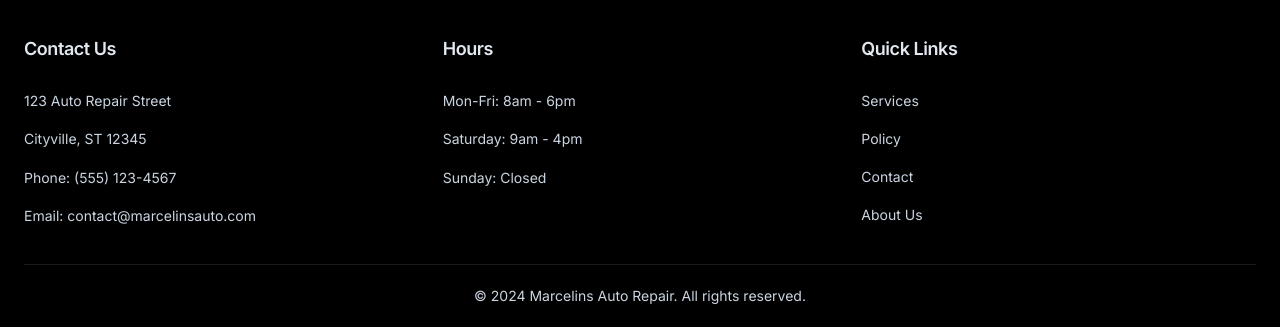
Repository: ilovegames507/twebsite-2
Page: frontend/public/index.html
The author's editor kept a copy of each file at every save. The page is drawn from the files as they stood at one save, then again after the next save.
The browser window is 1280 px wide. The pictures show the part of the page from y = 792 to 1627 px (the page is 1119 px tall before and 1627 px after).

Above is the page before, as saved 2025-03-17 20:46:59.

After the next save:
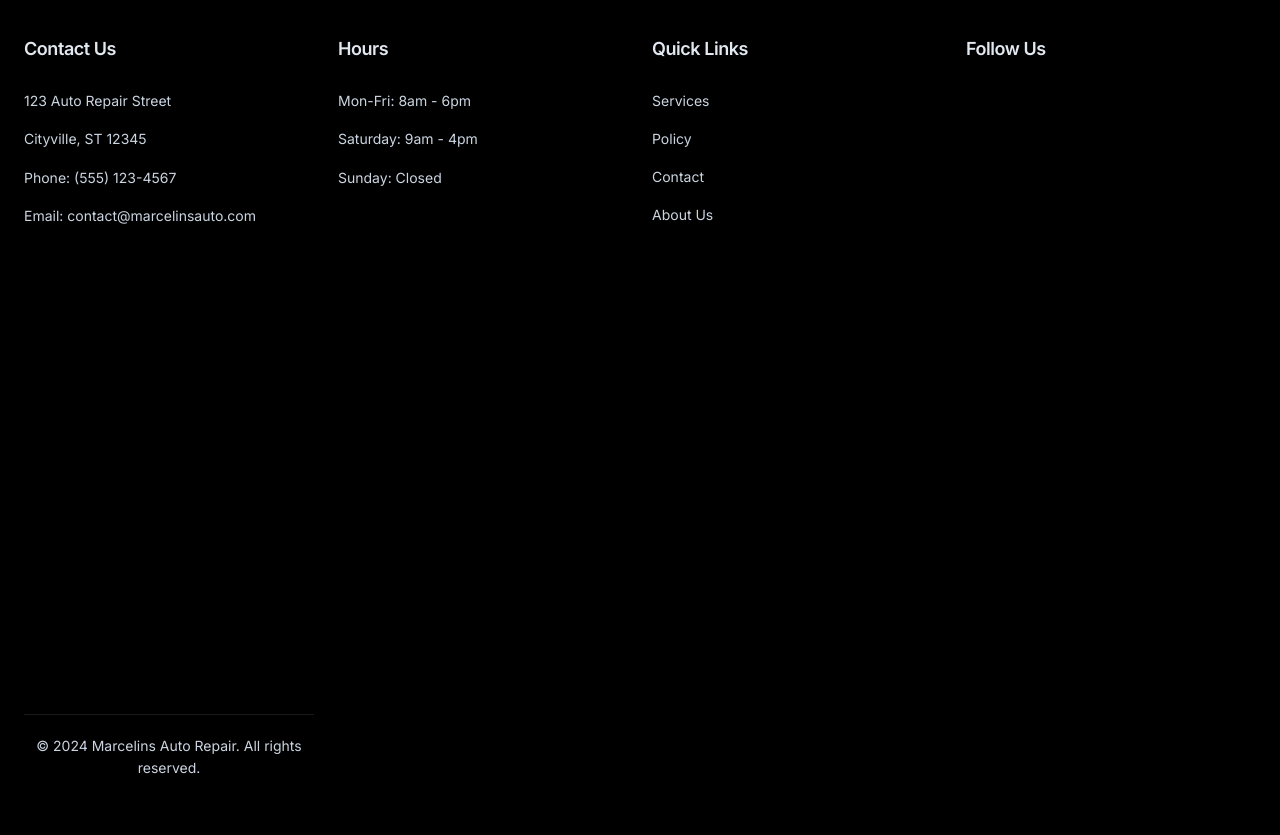
Saved 3 min 43 s later.
--- a/frontend/public/index.html
+++ b/frontend/public/index.html
@@ -77,6 +77,28 @@
             <a href="#contact" class="footer__link">Contact</a>
             <a href="#about" class="footer__link">About Us</a>
           </div>
+
+          <div class="footer__section">
+            <h3 class="footer__heading">Follow Us</h3>
+            <div class="footer__socials">
+              <a href="#" class="footer__social-link" aria-label="Facebook">
+                <!-- Add your Facebook SVG here -->
+                <svg aria-hidden="true"></svg>
+              </a>
+              <a href="#" class="footer__social-link" aria-label="Instagram">
+                <!-- Add your Instagram SVG here -->
+                <svg aria-hidden="true"></svg>
+              </a>
+              <a href="#" class="footer__social-link" aria-label="Twitter">
+                <!-- Add your Twitter/X SVG here -->
+                <svg aria-hidden="true"></svg>
+              </a>
+              <a href="#" class="footer__social-link" aria-label="YouTube">
+                <!-- Add your YouTube SVG here -->
+                <svg aria-hidden="true"></svg>
+              </a>
+            </div>
+
         </div>
 
         <div class="footer__bottom">
